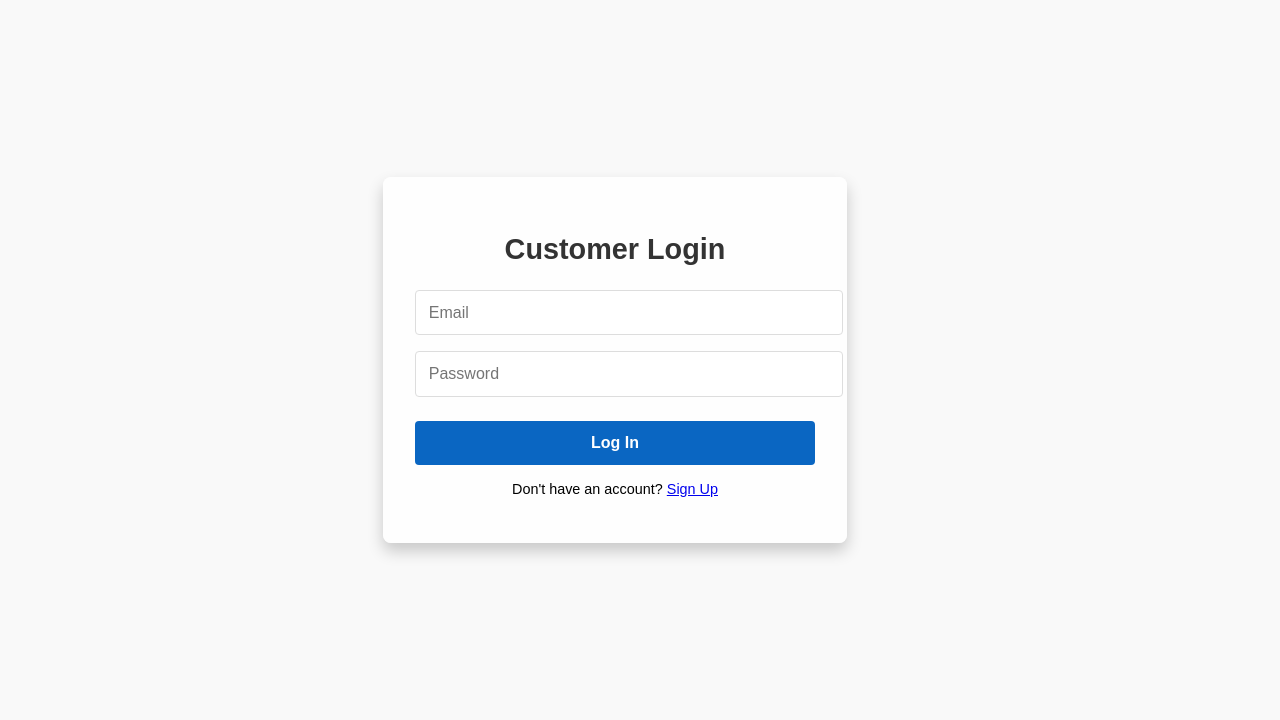
Repository: hamsaram14/dummy4
Page: / (app in frontend1/)
These files come from the project's save history. The page is drawn as it stood at one moment and after the next save; the edit follows.
The browser window is 1280 px wide. The pictures show the whole page.
The project was rebuilt for these pictures with package versions that can differ from the ones it lists, and the page was loaded fresh each time. Also part of the build but not shown: frontend1/src/components/SignUpComponent.js.

Above is the page before, as saved 2024-10-11 13:58:53.

After the next save:
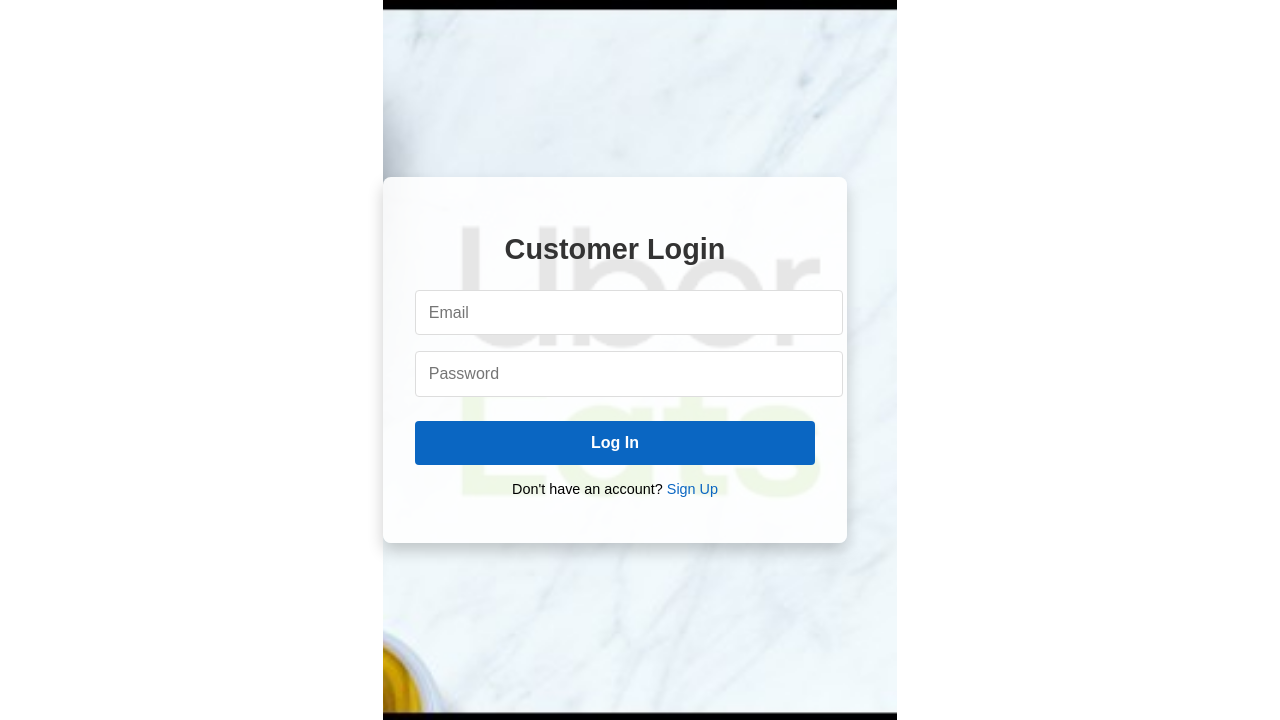
Saved 45 s later.
--- a/frontend1/src/components/LoginComponent.css
+++ b/frontend1/src/components/LoginComponent.css
@@ -1,25 +1,25 @@
 /* LoginComponent.css */
 
-body {
+body, html {
     margin: 0;
+    padding: 0;
     font-family: Arial, sans-serif;
+    height: 100%;
     display: flex;
+    align-items: center;
     justify-content: center;
-    align-items: center;
-    min-height: 100vh;
-    background-color: #f9f9f9;
 }
 
-.login-container {
+.container {
     display: flex;
-    justify-content: flex-end;
     align-items: center;
-    min-height: 100vh;
-    background-image: url('http://localhost:3000/mainpage1.jpg'); /* Adjust the path if needed */
+    justify-content: flex-end; /* Aligns the login box to the right */
+    height: 100vh;
+    background-image: url('/mainpage1.jpg');
     background-size: cover;
     background-position: center;
     background-repeat: no-repeat;
-
+    padding-right: 50px; /* Optional padding for spacing from the right */
 }
 
 .login-box {
@@ -30,7 +30,6 @@
     text-align: center;
     max-width: 400px;
     width: 100%;
-    margin-right: 50px; /* Adjust this for spacing from the right side */
 }
 
 .login-box h2 {
@@ -72,7 +71,16 @@
     color: #e74c3c;
 }
 
-.login-box .signup-prompt {
+.signup-prompt {
     margin-top: 1rem;
     font-size: 0.9rem;
 }
+
+.signup-prompt a {
+    color: #0a66c2;
+    text-decoration: none;
+}
+
+.signup-prompt a:hover {
+    text-decoration: underline;
+}
